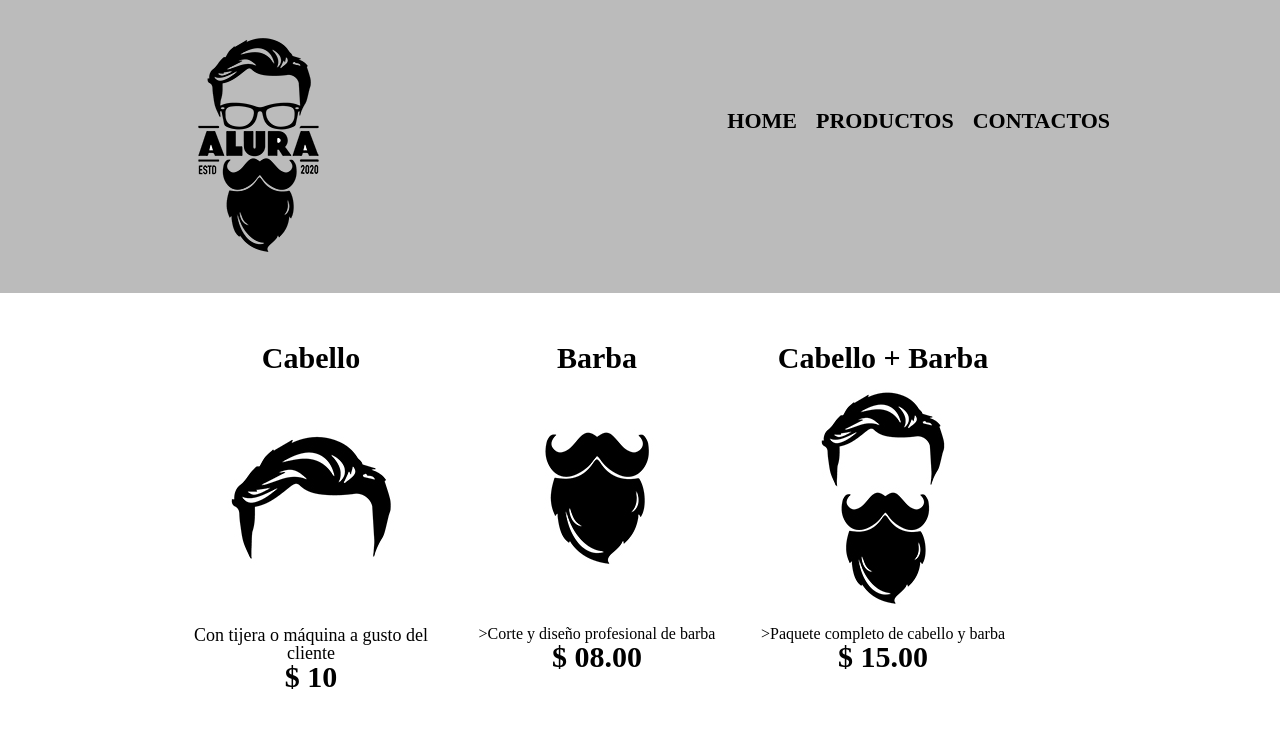
Repository: Ciromontes/Barber-a
Page: productos.html
These files come from the project's save history. The page is drawn as it stood at one moment and after the next save; the edit follows.
The browser window is 1280 px wide. The pictures show the whole page.

Above is the page before, as saved 2022-12-23 20:24:20.

### productos.html
<!DOCTYPE html>
<html>
    <head>
        <meta http-equiv="Content-Type" content="text/html;charset=UTF-8">
        <title>Productos - Barbería Alura</title>
        <link rel="stylesheet" href="reset.css">
        <link rel="stylesheet" href="productos.css">
    </head>

    <body>
        <header>
            <div class="caja">
                <h1><img src="logos/logo.png"></h1>
            <nav>
                <ul>
                    <li><a href="index.html">Home</a></li>
                    <li><a href="productos.html">Productos</a></li>
                    <li><a href="Contacto.html">Contactos</a></li>

                </ul>

            </nav>

            </div>

        </header>
        <main>
            <ul class="productos">
                <li>
                    <h2>Cabello</h2>
                    <img src="logos/cabello.jpg" alt="">
                    <p class="producto-descripcion">Con tijera o máquina a gusto del cliente</p>
                    <p class="producto-precio">$ 10</p>

                </li>
                <li>
                    <h2>Barba</h2>
                    <img src="logos/barba.jpg" alt="">
                    <p class="producto-descripcion"></p>>Corte y diseño profesional de barba</p>
                    <p class="producto-precio">$ 08.00</p>

                </li>
                <li>
                    <h2>Cabello + Barba</h2>
                    <img src="logos/cabello+barba.jpg" alt="">
                    <p class="producto-descripcion"></p>>Paquete completo de cabello y barba</p>
                    <p class="producto-precio">$ 15.00</p>

                </li>
            </ul>



        </main>

    </body>
</html>

### productos.css
header{
    background-color: #BBBBBB;
}
.caja{
    width: 940px;
    position: relative;
    margin: 0 auto;
    padding: 20px 0;
}

nav li{
    display:inline;
    margin: 0 0 0 15px;

}
nav{
    position: absolute;
    top: 110px;
    right: 0;
}

nav a{
    text-transform: uppercase;
    color:#000000;
    font-weight: bold;
    font-size: 22px;
    text-decoration: navajowhite;


}

.productos{
    width: 940px;
    margin: 0 auto;
    padding: 50px;
}

.productos li{
    display: inline-block;
    width: 30%;
    vertical-align: top;
    text-align: center;

}

.productos h2{
    text-align: center;
    font-size: 30px;
    font-weight: bold;
}

.producto-descripcion{
    font-size: 18px;

}
.producto-precio{
    font-size: 30px;
    font-weight: bold;
}

Loaded but not shown: reset.css (common file)

After the next save:
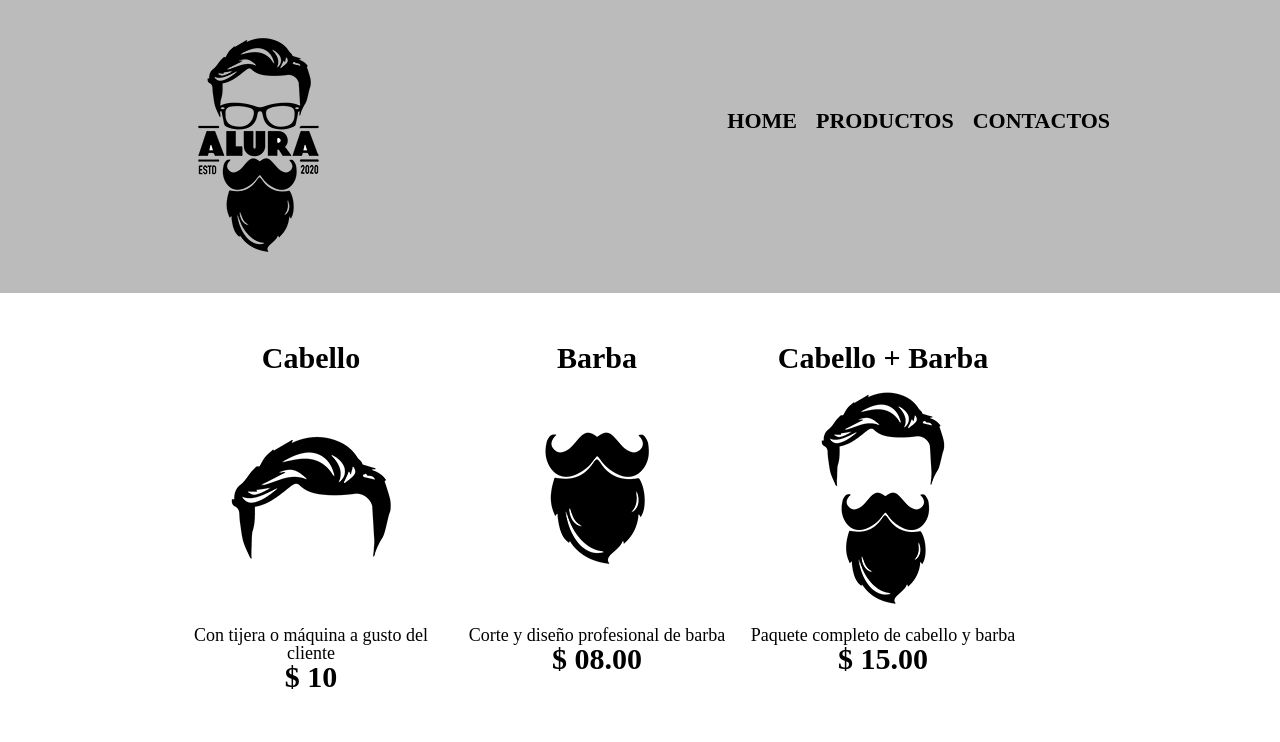
Saved 4 min 38 s later.
--- a/productos.html
+++ b/productos.html
@@ -36,14 +36,14 @@
                 <li>
                     <h2>Barba</h2>
                     <img src="logos/barba.jpg" alt="">
-                    <p class="producto-descripcion"></p>>Corte y diseño profesional de barba</p>
+                    <p class="producto-descripcion">Corte y diseño profesional de barba</p>
                     <p class="producto-precio">$ 08.00</p>
 
                 </li>
                 <li>
                     <h2>Cabello + Barba</h2>
                     <img src="logos/cabello+barba.jpg" alt="">
-                    <p class="producto-descripcion"></p>>Paquete completo de cabello y barba</p>
+                    <p class="producto-descripcion">Paquete completo de cabello y barba</p>
                     <p class="producto-precio">$ 15.00</p>
 
                 </li>
